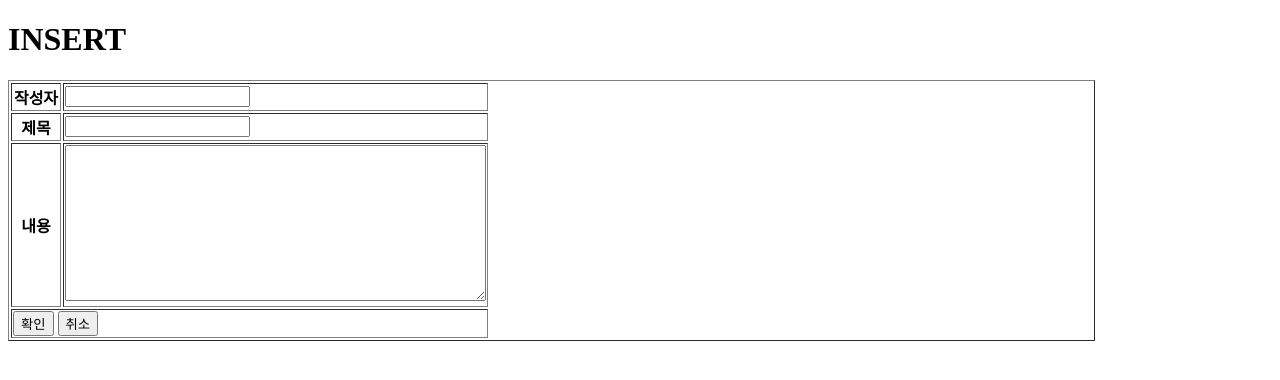
Repository: charamee/Web_kh
Page: http://localhost/Jsp08_MVC/myinsert.jsp
The author's editor kept a copy of each file at every save. The page is drawn from the files as they stood at one save, then again after the next save.
The browser window is 1280 px wide. The pictures show the whole page.
The page is served by Tomcat 9.

Above is the page before, as saved 2021-02-25 16:10:38.

After the next save:
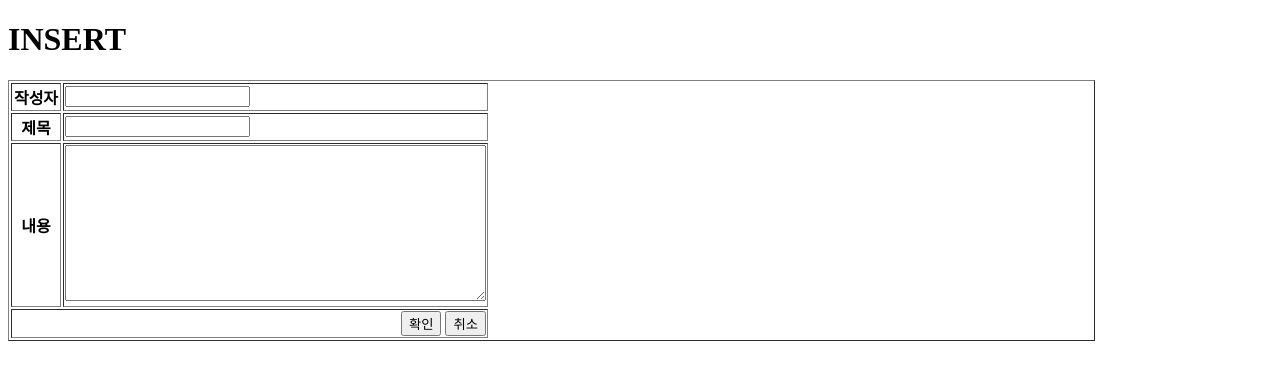
Saved 69 s later.
--- a/Workspace_WEB/Jsp08_MVC/WebContent/myinsert.jsp
+++ b/Workspace_WEB/Jsp08_MVC/WebContent/myinsert.jsp
@@ -36,7 +36,7 @@
 		</tr>
 
 		<tr>
-			<td colspan="2">
+			<td colspan="2" align="right">
 				<input type="submit" value="확인">
 				<input type="button" value="취소" onclick="">
 			</td>
